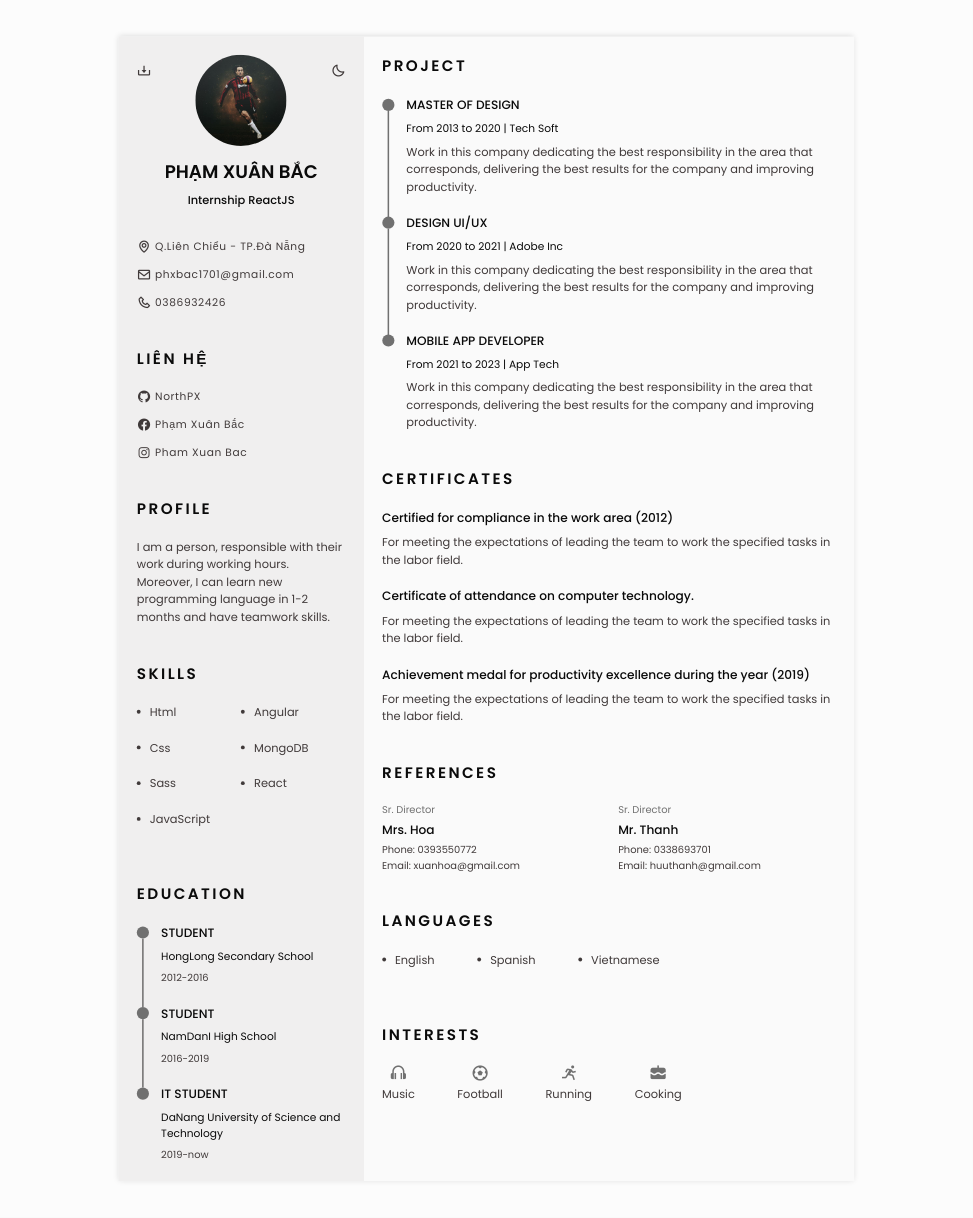
Repository: northpx/myCV
Page: index.html
The author's editor kept a copy of each file at every save. The page is drawn from the files as they stood at one save, then again after a run of saves.
The browser window is 1280 px wide. The pictures show the whole page, at 76% of full size.

Above is the page before, as saved 2023-02-23 16:44:31.

### index.html
<!DOCTYPE html>
<html lang="en">
<head>
    <meta charset="UTF-8">
    <meta http-equiv="X-UA-Compatible" content="IE=edge">
    <meta name="viewport" content="width=device-width, initial-scale=1.0">
    <link rel="stylesheet" href="./src/css/styles.css">
    <link rel="stylesheet" href="https://cdn.jsdelivr.net/npm/boxicons@latest/css/boxicons.min.css">
    <title>Pham Xuan Bac</title>
</head>
<body>
    <header class="l-header" id="header">
        <nav class="nav bd-container">
            <a href="#" class="nav__logo">Bac</a>
            <div class="nav__menu" id="nav-menu">
                <ul class="nav__list">
                    <li class="nav__item">
                        <a href="#home" class="nav__link active-link">
                            <i class='bx bx-home nav__icon' ></i>HOME
                        </a>
                    </li>
                    <li class="nav__item">
                        <a href="#profile" class="nav__link">
                            <i class='bx bx-user nav__icon' ></i>USER
                        </a>
                    </li>
                    <li class="nav__item">
                        <a href="#education" class="nav__link">
                            <i class='bx bx-book nav__icon' ></i>EDUCATION
                        </a>
                    </li>
                    <li class="nav__item">
                        <a href="#skills" class="nav__link">
                            <i class='bx bx-receipt nav__icon' ></i>SKILLS
                        </a>
                    </li>
                    <li class="nav__item">
                        <a href="#project" class="nav__link">
                            <i class='bx bx-briefcase-alt nav__icon' ></i>PROJECT
                        </a>
                    </li>
                    <li class="nav__item">
                        <a href="#certificates" class="nav__link">
                            <i class='bx bx-award nav__icon' ></i>CERTIFICATES
                        </a>
                    </li>

                    <li class="nav__item">
                        <a href="#references" class="nav__link">
                            <i class='bx bx-link-external nav__icon' ></i>REFERENCES
                        </a>
                    </li>
                </ul>
            </div>

            <div class="nav__toogle" id="nav-toggle">
                <i class="bx bx-grid-alt"></i>
            </div>
        </nav>
    </header>
    <main class="l-main bd-container">
        <div class="resume" id="area-cv">
            <div class="resume__left">
                <section class="home" id="home">
                    <div class="home__container section bd-grid">
                        <div class="home__data bd-grid">
                            <img src="./src/img/z3668101589347_355da8c054c5f58beb49364ce3f9e5b5.jpg" alt="" class="home__img">
                            <h1 class="home__title"><b>PHẠM XUÂN BẮC</b></h1>
                            <h3 class="home__profession">Internship ReactJS</h3>
                            <div>
                                <a download="" href="./src/pdf/resumecv.pdf" class="home__button-movil">Tải xuống</a>
                            </div>
                        </div>
                        <div class="home__address bd-grid">
                            <span class="home__information">
                                <i class="bx bx-map home__icon"></i> Q.Liên Chiểu - TP.Đà Nẵng
                            </span>
                            <span class="home__information">
                                <i class="bx bx-envelope home__icon"></i> phxbac1701@gmail.com
                            </span>
                            <span class="home__information">
                                <i class="bx bx-phone home__icon"></i> 0386932426
                            </span>
                        </div>
                    </div>
                    <i class="bx bx-moon change-theme" title="Theme" id="theme-button"></i>
                    <i class="bx bx-download generate-pdf" title="Generate PDF" id="resume-button"></i>
                </section>

                <section class="social section">
                    <h2 class="section-title">Liên hệ</h2>
                    <div class="social__container bd-grid">
                        <a href="https://github.com/northpx" target="_blank" class="social_link">
                            <i class="bx bxl-github social__icon"></i> NorthPX
                        </a>
                        <a href="https://www.facebook.com/north.px.13/" target="_blank" class="social_link">
                            <i class="bx bxl-facebook-circle social__icon"></i> Phạm Xuân Bắc
                        </a>
                        <a href="https://www.instagram.com/_north.px_/" target="_blank" class="social_link">
                            <i class="bx bxl-instagram social__icon"></i> Pham Xuan Bac
                        </a>
                    </div>
                </section>

                <section class="profile section" id="profile">
                    <h2 class="section-title">Profile</h2>
                    <p class="profile__description">
                        I am a person, responsible with their work during working hours. Moreover, I can learn new programming language in 1-2 months and have teamwork skills.
                    </p>
                </section>

                <section class="skills section" id="skills">
                    <h2 class="section-title">Skills</h2>
                    <div class="skills__content bd-grid">
                        <ul class="skills__data">
                            <li class="skills__name">
                                <span class="skills__circle"></span> Html
                            </li>
                            <li class="skills__name">
                                <span class="skills__circle"></span> Css
                            </li>
                            <li class="skills__name">
                                <span class="skills__circle"></span> Sass
                            </li>
                            <li class="skills__name">
                                <span class="skills__circle"></span> JavaScript
                            </li>
                        </ul>

                        <ul class="skills__data">
                            <li class="skills__name">
                                <span class="skills__circle"></span> Angular
                            </li>
                            <li class="skills__name">
                                <span class="skills__circle"></span> MongoDB
                            </li>
                            <li class="skills__name">
                                <span class="skills__circle"></span> React
                            </li>
                        </ul>
                    </div>
                </section>

                <section class="education section" id="education">
                    <h2 class="section-title">Education</h2>
                    <div class="education__container bd-grid">
                        <div class="education__content">
                            <div class="education__time">
                                <span class="education__rounder"></span>
                                <span class="education__line"></span>
                            </div>
                            <div class="education__data bd-grid">
                                <h3 class="education__title">STUDENT</h3>
                                <span class="education__studies">HongLong Secondary School</span>
                                <span class="education__year">2012-2016</span>
                            </div>
                        </div>

                        <div class="education__content">
                            <div class="education__time">
                                <span class="education__rounder"></span>
                                <span class="education__line"></span>
                            </div>
                            <div class="education__data bd-grid">
                                <h3 class="education__title">STUDENT</h3>
                                <span class="education__studies">NamDanI High School</span>
                                <span class="education__year">2016-2019</span>
                            </div>
                        </div>

                        <div class="education__content">
                            <div class="education__time">
                                <span class="education__rounder"></span>
                                <!-- <span class="education__line"></span> -->
                            </div>
                            <div class="education__data bd-grid">
                                <h3 class="education__title">IT STUDENT</h3>
                                <span class="education__studies">DaNang University of Science and Technology</span>
                                <span class="education__year">2019-now</span>
                            </div>
                        </div>
                    </div>
                </section>

            </div>

            <div class="resume__right">
                <section class="project section" id="project">
                    <h2 class="section-title">project</h2>
                    <div class="project__container bd-grid">
                        <div class="project__content">
                            <div class="project__time">
                                <span class="project__rounder"></span>
                                <span class="project__line"></span>
                            </div>
                            <div class="project__data bd-grid">
                                <h3 class="project__title">MASTER OF DESIGN</h3>
                                <span class="project__company">From 2013 to 2020 | Tech Soft</span>
                                <p class="project__description">Work in this company dedicating the best responsibility in the area that corresponds, delivering the best results for the company and improving productivity.</p>
                            </div>
                        </div>
                        <div class="project__content">
                            <div class="project__time">
                                <span class="project__rounder"></span>
                                <span class="project__line"></span>
                            </div>
                            <div class="project__data bd-grid">
                                <h3 class="project__title">DESIGN UI/UX</h3>
                                <span class="project__company">From 2020 to 2021 | Adobe Inc</span>
                                <p class="project__description">Work in this company dedicating the best responsibility in the area that corresponds, delivering the best results for the company and improving productivity.</p>
                            </div>
                        </div>
                        <div class="project__content">
                            <div class="project__time">
                                <span class="project__rounder"></span>
                            </div>
                            <div class="project__data bd-grid">
                                <h3 class="project__title">MOBILE APP DEVELOPER</h3>
                                <span class="project__company">From 2021 to 2023 | App Tech</span>
                                <p class="project__description">Work in this company dedicating the best responsibility in the area that corresponds, delivering the best results for the company and improving productivity.</p>
                            </div>
                        </div>
                    </div>
                </section>

                <section class="certificate section" id="certificates">
                    <h2 class="section-title">Certificates</h2>
                    <div class="certificate__container bd-grid">
                        <div class="certificate__content">
                            <h3 class="certificate__title">Certified for compliance in the work area (2012)</h3>
                            <p class="certificate__description">For meeting the expectations of leading the team to work the specified tasks in the labor field.</p>
                        </div>

                        <div class="certificate__content">
                            <h3 class="certificate__title">Certificate of attendance on computer technology.</h3>
                            <p class="certificate__description">For meeting the expectations of leading the team to work the specified tasks in the labor field.</p>
                        </div>

                        <div class="certificate__content">
                            <h3 class="certificate__title">Achievement medal for productivity excellence during the year (2019)</h3>
                            <p class="certificate__description">For meeting the expectations of leading the team to work the specified tasks in the labor field.</p>
                        </div>
                    </div>
                </section>

                <section class="references section" id="references">
                    <h2 class="section-title">References</h2>
                    <div class="references__container bd-grid">
                        <div class="references__content bd-grid">
                            <span class="references__subtitle">Sr. Director</span>
                            <h3 class="references__title">Mrs. Hoa</h3>
                            <ul class="references__contact">
                                <li>Phone: 0393550772</li>
                                <li>Email: xuanhoa@gmail.com</li>
                            </ul>
                        </div>

                        <div class="references__content bd-grid">
                            <span class="references__subtitle">Sr. Director</span>
                            <h3 class="references__title">Mr. Thanh</h3>
                            <ul class="references__contact">
                                <li>Phone: 0338693701</li>
                                <li>Email: huuthanh@gmail.com</li>
                            </ul>
                        </div>
                    </div>
                </section>

                <section class="languages section">
                    <h2 class="section-title">Languages</h2>
                    <div class="languages__container bd-grid">
                        <ul class="languages__content bd-grid">
                            <li class="languages_name">
                                <span class="languages__circle"></span> English
                            </li>
                            <li class="languages_name">
                                <span class="languages__circle"></span> Spanish
                            </li>
                            <li class="languages_name">
                                <span class="languages__circle"></span> Vietnamese
                            </li>

                        </ul>
                    </div>
                </section>

                <section class="interests section">
                    <h2 class="section-title">Interests</h2>
                    <div class="interests__container bd-grid">
                        <div class="interests__content">
                            <i class="bx bx-headphone interests__icon"></i>
                            <span class="interests__name">Music</span>
                        </div>
                        <div class="interests__content">
                            <i class='bx bx-football interests__icon' ></i>
                            <span class="interests__name">Football</span>
                        </div>
                        <div class="interests__content">
                            <i class='bx bx-run interests__icon' ></i>
                            <span class="interests__name">Running</span>
                        </div>
                        <div class="interests__content">
                            <i class='bx bxs-cake interests__icon' ></i>
                            <span class="interests__name">Cooking</span>
                        </div>
                    </div>
                </section>
            </div>
        </div>
    </main>

    <a href="#" class="scrolltop" id="scroll-top">
        <i class="bx bx-up-arrow-alt scrolltop__icon"></i>
    </a>
    <script src="./src/js/html2pdf.bundle.min.js"></script>
    <script src="./src/js/scripts.js"></script>
</body>
</html>

Loaded but not shown: src/js/html2pdf.bundle.min.js (library); src/js/scripts.js (107 lines, source omitted); src/css/styles.css (578 lines, source omitted)

After the next 3 saves:
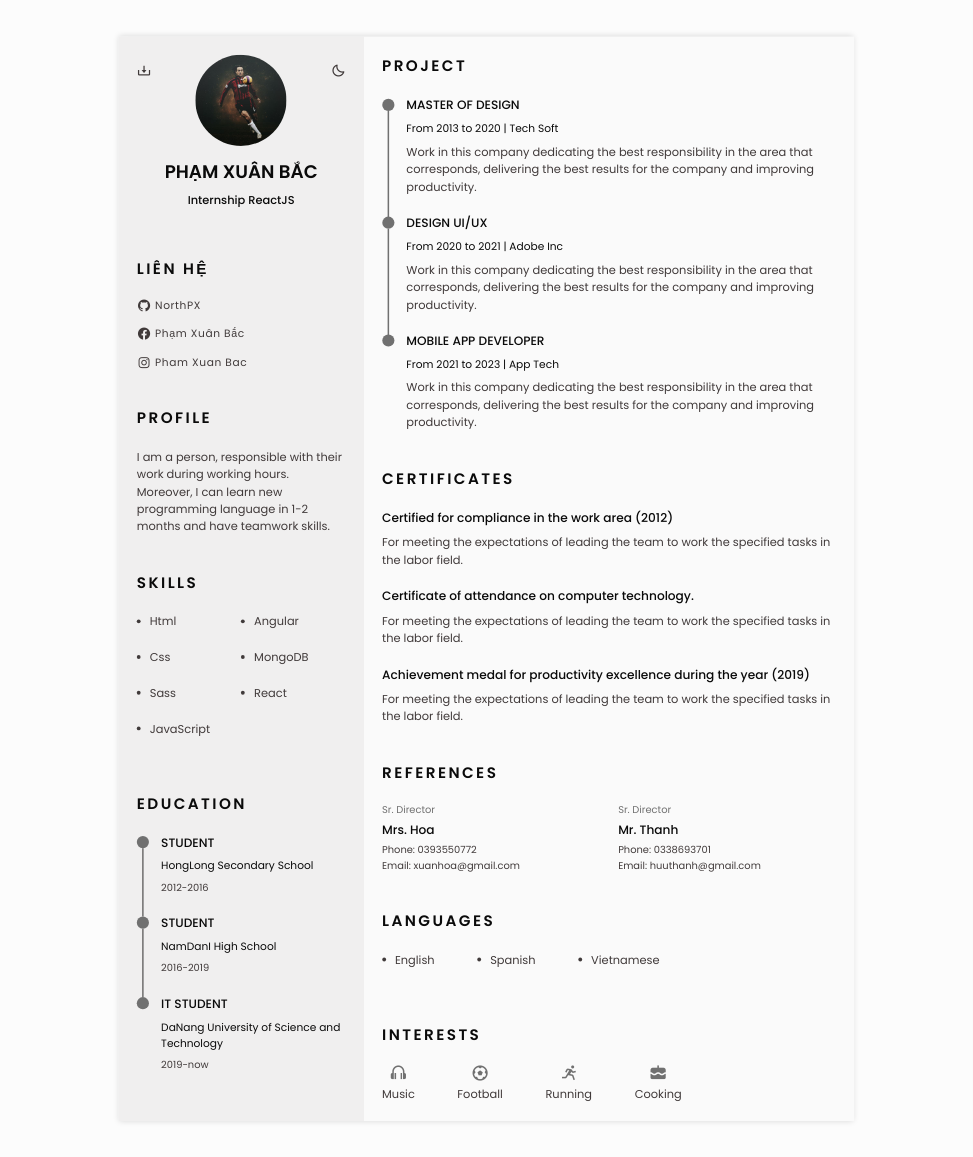
The 3 saves are shown as one change because they came seconds apart.
The last was saved 18 s later.
--- a/index.html
+++ b/index.html
@@ -71,7 +71,7 @@
                                 <a download="" href="./src/pdf/resumecv.pdf" class="home__button-movil">Tải xuống</a>
                             </div>
                         </div>
-                        <div class="home__address bd-grid">
+                        <!-- <div class="home__address bd-grid">
                             <span class="home__information">
                                 <i class="bx bx-map home__icon"></i> Q.Liên Chiểu - TP.Đà Nẵng
                             </span>
@@ -81,7 +81,7 @@
                             <span class="home__information">
                                 <i class="bx bx-phone home__icon"></i> 0386932426
                             </span>
-                        </div>
+                        </div> -->
                     </div>
                     <i class="bx bx-moon change-theme" title="Theme" id="theme-button"></i>
                     <i class="bx bx-download generate-pdf" title="Generate PDF" id="resume-button"></i>
